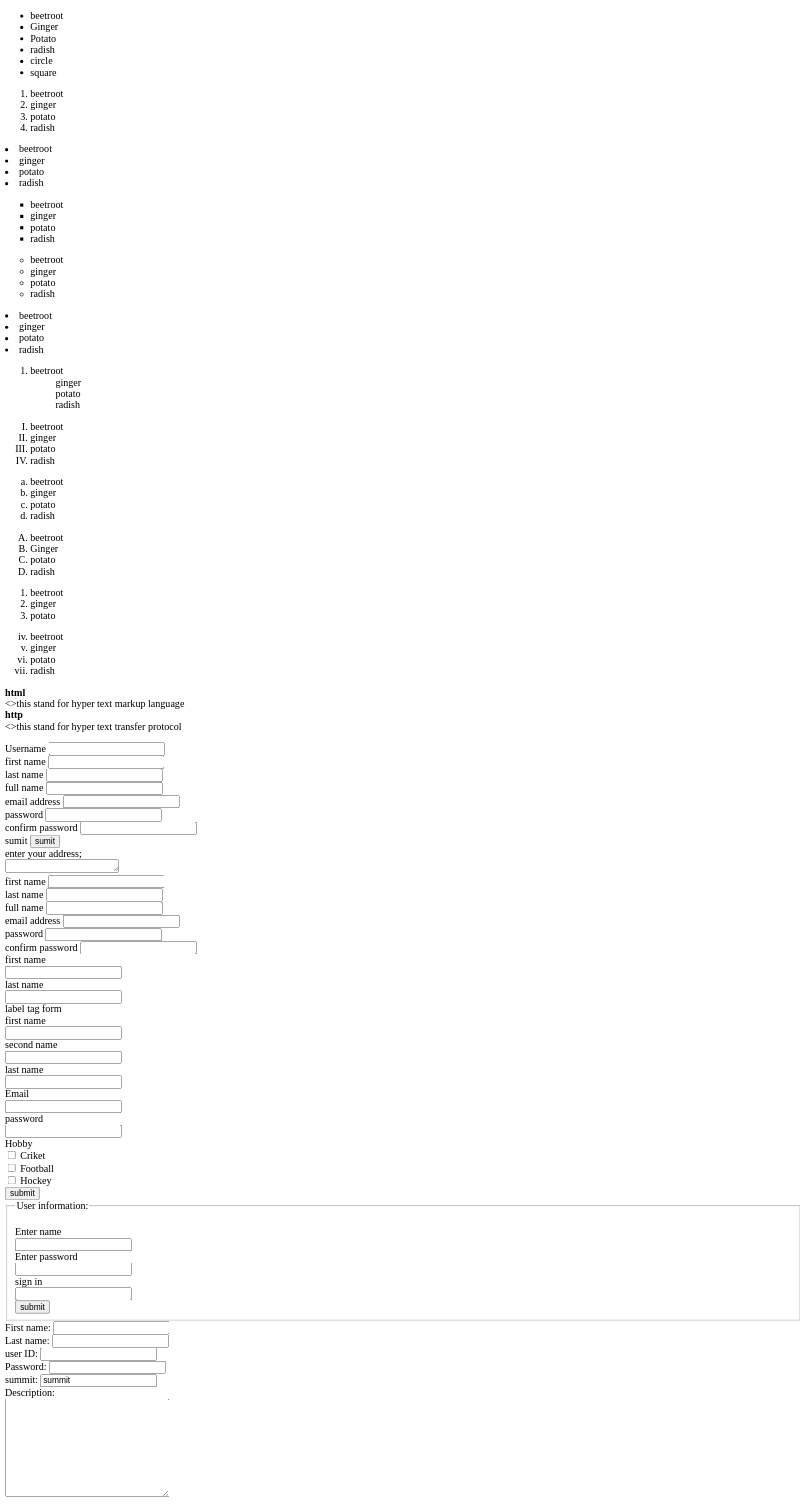
Repository: Achuut/first-code-lessons
Page: Achut.HTML
The author's editor kept a copy of each file at every save. The page is drawn from the files as they stood at one save, then again after a run of saves.
The browser window is 1280 px wide. The pictures show the whole page, at 63% of full size.

Above is the page before, as saved 2023-03-27 12:00:45.

After the next 2 saves:
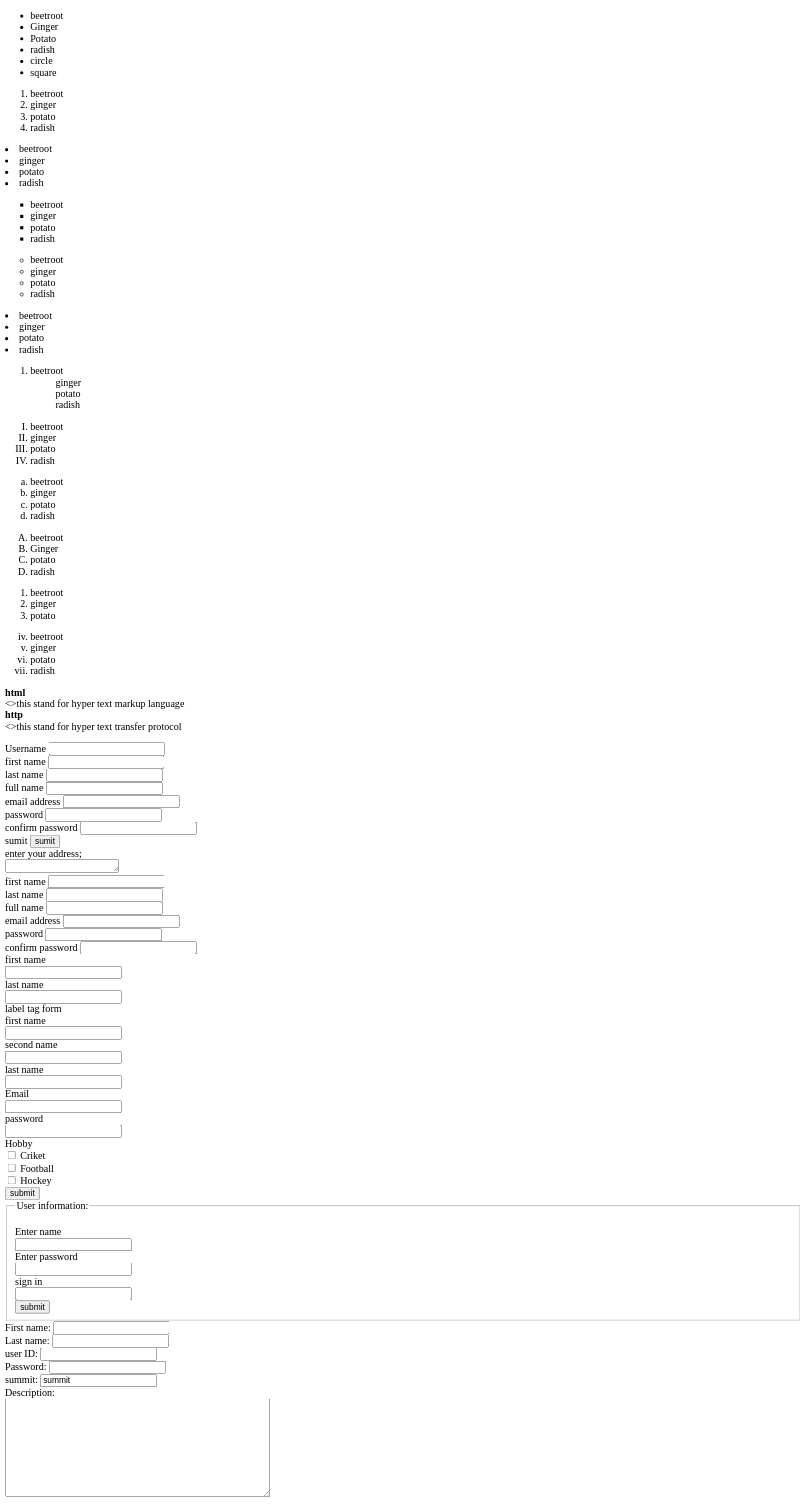
The 2 saves are shown as one change because they came seconds apart.
The last was saved 17 s later.
--- a/Achut.HTML
+++ b/Achut.HTML
@@ -163,7 +163,7 @@
     </Form>
     <Form>
       Description: <br />
-      <textarea name="description" id="" cols="30" rows="10"></textarea>
+      <textarea name="description" id="" cols="50" rows="10"></textarea>
     </Form>
 </body>
 </html>
